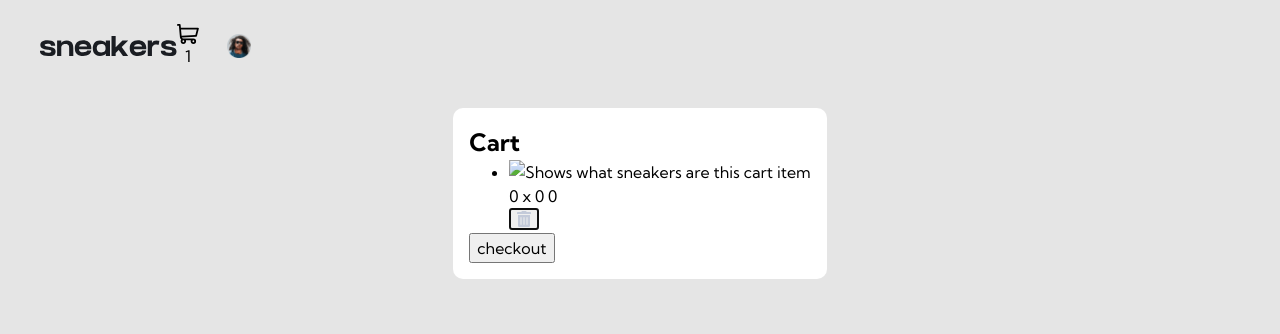
Repository: NikitaVologdin/React-Commerce-Product-Page
Page: /, after clicking the first element matching `button.header__cart-icon`
These files come from the project's save history. The page is drawn as it stood at one moment and after the next save; the edit follows.
The browser window is 1280 px wide. The pictures show the whole page.
The project was rebuilt for these pictures with package versions that can differ from the ones it lists, and the page was loaded fresh each time. Also part of the build but not shown: vite.config.ts.

Above is the page before, as saved 2024-11-09 13:13:37.

After the next save:
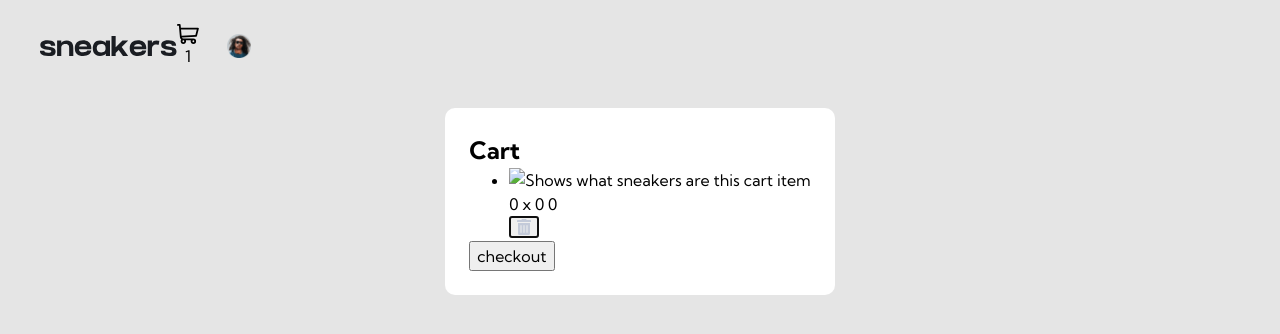
Saved 2 min 1 s later.
--- a/src/index.css
+++ b/src/index.css
@@ -134,10 +134,10 @@
   border: none;
   margin: 0 auto;
   top: 15%;
+  padding: 24px;
   &__title {
     font-size: 16px;
     font-weight: 700;
-    padding: 24px 0px;
   }
   &__hr {
     background-color: var(--grayish-blue);
